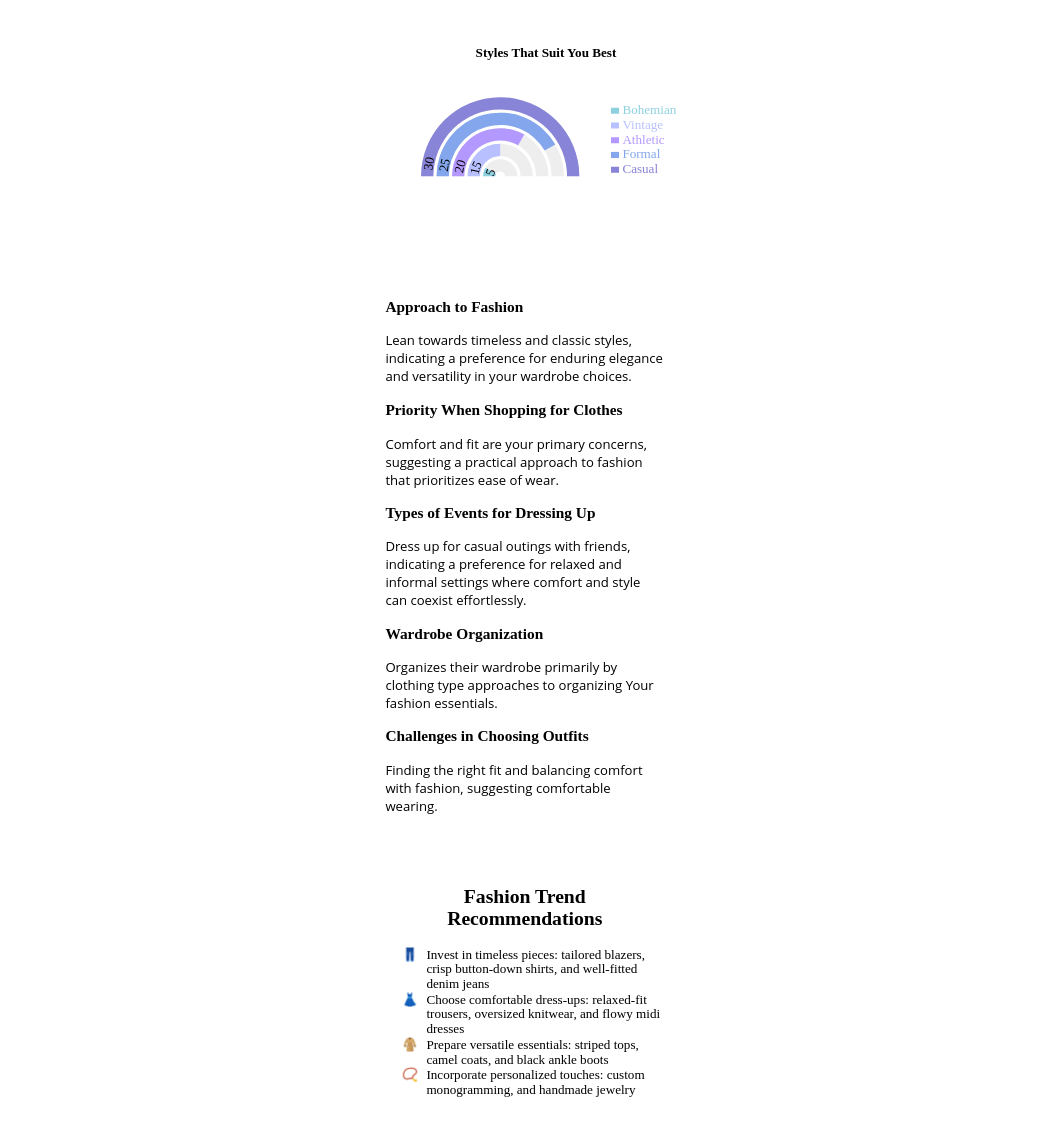
Repository: navnneett/clotho
Page: /QuizQuestions/Chart
These files come from the project's save history. The page is drawn as it stood at one moment and after the next save; the edit follows.
The browser window is 1280 px wide. The pictures show the whole page, at 82% of full size.
The project was rebuilt for these pictures with package versions that can differ from the ones it lists, and the page was loaded fresh each time. The framework's server and built-in components were replaced by stand-ins that run in the browser. Also part of the build but not shown: next.config.js, next.config.mjs, components/Button/Button.module.css, components/Button/index.js.

Above is the page before, as saved 2024-04-15 15:28:29.

### pages/QuizQuestions/Chart.js
import styles from "../../styles/Chart.module.css";
import React, { useEffect, useState } from "react";
import { RadialBarChart, RadialBar, Legend, Tooltip, Label, ResponsiveContainer } from "recharts";
import Button from "@/components/Button";
import Link from "next/link";


export default function Chart({ resultType }) {
    console.log("Received resultType:", resultType);
    const [isClient, setIsClient] = useState(false);

    useEffect(() => {
        setIsClient(true);
        console.log("useEffect triggered with resultType:", resultType);
    }, [resultType]);

    const dataA = [
        { name: "Bohemian", Percentage: 5, pv: 5, fill: "var(--chart-color-cyan)" },
        { name: "Vintage", Percentage: 15, pv: 15, fill: "var(--chart-color-light-purple)" },
        { name: "Athletic", Percentage: 20, pv: 20, fill: "var(--chart-color-bright-purple)" },
        { name: "Formal", Percentage: 25, pv: 25, fill: "var(--chart-color-blue)" },
        { name: "Casual", Percentage: 30, pv: 30, fill: "var(--chart-color-purple)" }
    ];

    const dataB = [
        { name: "Alternative", Percentage: 10, pv: 10, fill: "var(--chart-color-cyan)" },
        { name: "Gothic", Percentage: 20, pv: 20, fill: "var(--chart-color-light-purple)" },
        { name: "Seasonal", Percentage: 25, pv: 25, fill: "var(--chart-color-bright-purple)" },
        { name: "Trend Setter", Percentage: 30, pv: 30, fill: "var(--chart-color-blue)" },
        { name: "Electric", Percentage: 15, pv: 15, fill: "var(--chart-color-purple)" }
    ];

    const dataC = [
        { name: "Bobo-Chic", Percentage: 5, pv: 5, fill: "var(--chart-color-cyan)" },
        { name: "Romantic", Percentage: 15, pv: 15, fill: "var(--chart-color-light-purple)" },
        { name: "Minimalist", Percentage: 20, pv: 20, fill: "var(--chart-color-bright-purple)" },
        { name: "Athletic", Percentage: 25, pv: 25, fill: "var(--chart-color-blue)" },
        { name: "Pratical", Percentage: 30, pv: 30, fill: "var(--chart-color-purple)" }
    ];

    const dataD = [
        { name: "Edgy", Percentage: 10, pv: 10, fill: "var(--chart-color-cyan)" },
        { name: "Retro", Percentage: 20, pv: 20, fill: "var(--chart-color-light-purple)" },
        { name: "Comfortable", Percentage: 25, pv: 25, fill: "var(--chart-color-bright-purple)" },
        { name: "Elegant", Percentage: 30, pv: 30, fill: "var(--chart-color-blue)" },
        { name: "Chic", Percentage: 15, pv: 15, fill: "var(--chart-color-purple)" }
    ];


    let dataToShow;
    switch (resultType) {
        case "A":
            console.log("Setting dataToShow to dataA");
            dataToShow = dataA;
            break;
        case "B":
            console.log("Setting dataToShow to dataB");
            dataToShow = dataB;
            break;
        case "C":
            console.log("Setting dataToShow to dataC");
            dataToShow = dataC;
            break;
        case "D":
            console.log("Setting dataToShow to dataD");
            dataToShow = dataD;
            break;
        default:
            console.log("Setting dataToShow to default dataA");
            dataToShow = dataA;
            break;
    }

    return (
        <div className={styles.mainContainer}>
            <div className={styles.contentContainer}>
                <div className={styles.questionAnalysis}>
                    <div className={styles.chart}>
                        <h4 className={styles.chartTitle}>Styles That Suit You Best</h4>
                        {isClient &&
                        <ResponsiveContainer width={400} height={300}>
                            <RadialBarChart
                                innerRadius="10%"
                                outerRadius="80%"
                                data={dataToShow}
                                startAngle={180}
                                endAngle={0}
                                cx={140}
                                cy={170}
                            >
                                <RadialBar minAngle={15} label={{ fill: 'var(--button-linear-light)', position: 'insideStart' }} background clockWise={true} dataKey='Percentage' />
                                <Legend iconSize={10} width={120} height={140} layout='vertical' verticalAlign='middle' align="right"/>
                                <Tooltip/>
                            </RadialBarChart>
                            </ResponsiveContainer>}
                    </div>
                    <div className={styles.mainContents}>
                        <h3 className={styles.analysisTitle}>Approach to Fashion</h3>
                        <p>Lean towards timeless and classic styles, indicating a preference for enduring elegance and versatility in your wardrobe choices.</p>
                        <h3 className={styles.analysisTitle}>Priority When Shopping for Clothes</h3>
                        <p>Comfort and fit are your primary concerns, suggesting a practical approach to fashion that prioritizes ease of wear.</p>
                        <h3 className={styles.analysisTitle}>Types of Events for Dressing Up</h3>
                        <p>Dress up for casual outings with friends, indicating a preference for relaxed and informal settings where comfort and style can coexist effortlessly.</p>
                        <h3 className={styles.analysisTitle}>Wardrobe Organization</h3>
                        <p>Organizes their wardrobe primarily by clothing type approaches to organizing Your fashion essentials.</p>
                        <h3 className={styles.analysisTitle}>Challenges in Choosing Outfits</h3>
                        <p>Finding the right fit and balancing comfort with fashion, suggesting comfortable wearing.</p>
                    </div>
                </div>
                <div className={styles.questionAnalysis}>
                    <h2 className={styles.subTitle} id="space">Fashion Trend Recommendations</h2>
                    <ul>
                        <li className={styles.jean}>Invest in timeless pieces: tailored blazers, crisp button-down shirts, and well-fitted denim jeans</li>
                        <li className={styles.dress}>Choose comfortable dress-ups: relaxed-fit trousers, oversized knitwear, and flowy midi dresses</li>
                        <li className={styles.tShirt}>Prepare versatile essentials: striped tops, camel coats, and black ankle boots</li>
                        <li className={styles.shoes}>Incorporate personalized touches: custom monogramming, and handmade jewelry</li>
                    </ul>
                </div>
            </div>


        </div>
    );
}

### styles/globals.css
:root {

    --transparency: rgba(0, 0, 0, 0);
    --gray: rgb(119, 119, 119);
    --red: rgb(201, 8, 8);

    --large: 21px;
    --medium: 18px;
    --small: 16px;
    --logo: 25px;

    --button-linear-light: 45deg, rgba(221, 184, 255, 0.8), rgba(214, 239, 255, 0.8);
    --button-outline-light: 2px solid #B8C0FF;
    --inventory-card-outline: 4px solid #B8C0FF;
    --button-highlight-light: #8229E0;
    --black: black;
    --white: white;
    --light-gray: #B3B3B3;

    --chart-color-purple: #8884d8;
    --chart-color-blue: #83a6ed;
    --chart-color-cyan: #8dd1e1;
    --chart-color-bright-purple: #b399ff;
    --chart-color-light-purple: #b8c0ff;

    --inventory-bgColor: #FBFBFB;



    /* Text styles */
    --open-sans-text: 'Open Sans', sans-serif;
    --open-sans-weight: 500;
    --open-sans-size: 1.7rem;
    --open-sans-small: 1rem;
    --open-sans-medium: 1.2rem;

    --roboto-slab-text: 'Roboto Slab', serif;
    --roboto-slab-weight: 600;
    --roboto-slab-weight-small: 300;
    --roboto-slab-size: 3rem;
    --roboto-slab-small: 2rem;
}


html,
body {
    padding: 0;
    width: 430px;
    height: 923px;
    margin: 0 auto 0 auto;
}

### styles/Chart.module.css
.questionAnalysis {
    padding: 25px;
}

.title {
    font-family: var(--roboto-slab-text);
    font-weight: var(--roboto-slab-weight);
    color: var(--black);
    padding: 40px 10px;
    margin: 30px 20px;
    text-align: center;
}

.subTitle {
    font-family: var(--roboto-slab-text);
    text-align: center;
}

.analysisTitle {
    font-family: var(--roboto-slab-text);
}

.questionAnalysis p {
    font-family: var(--open-sans-text);
}

.jean {
    list-style-type: '👖';
    padding-left: 10px;
}

.dress {
    list-style-type: '👗';
    padding-left: 10px;
}

.tShirt {
    list-style-type: '🧥';
    padding-left: 10px;
}

.shoes {
    list-style-type: '📿';
    padding-left: 10px;
}

.buttonPosition {
    position: relative;
    margin: auto;
    align-items: center;
    left: 180px;
}

.contentContainer {
    align-items: center;
}

.mainContainer {
    padding: 20px;
}

.chart,.chartTitle {
    position: relative;
    display: flex;
    flex-direction: column;
    margin-left: auto;
    margin-right: auto;
}

.chartTitle {
    position: absolute;
    top: -10px;
    left: 110px;
}

Loaded but not shown: pages/_app.js (common file); pages/_document.js (common file)

After the next save:
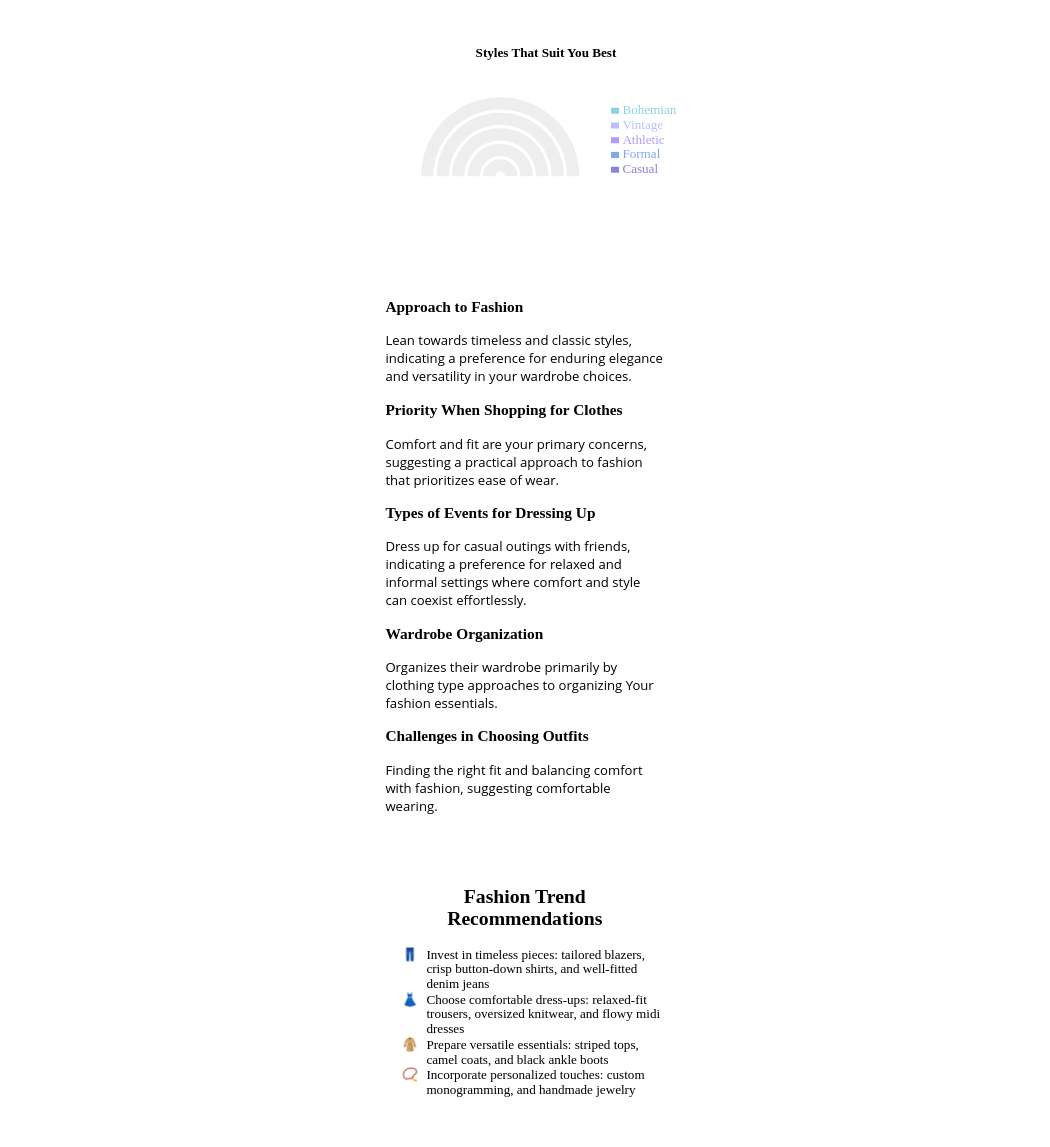
Saved 12 s later.
--- a/pages/QuizQuestions/Chart.js
+++ b/pages/QuizQuestions/Chart.js
@@ -88,7 +88,7 @@
                                 cx={140}
                                 cy={170}
                             >
-                                <RadialBar minAngle={15} label={{ fill: 'var(--button-linear-light)', position: 'insideStart' }} background clockWise={true} dataKey='Percentage' />
+                                <RadialBar minAngle={15} label={{ fill: 'var(--button-linear-light)', position: 'insideStart' }} background clockWise={true} dataKey='Percentage %:' />
                                 <Legend iconSize={10} width={120} height={140} layout='vertical' verticalAlign='middle' align="right"/>
                                 <Tooltip/>
                             </RadialBarChart>

After the save that followed:
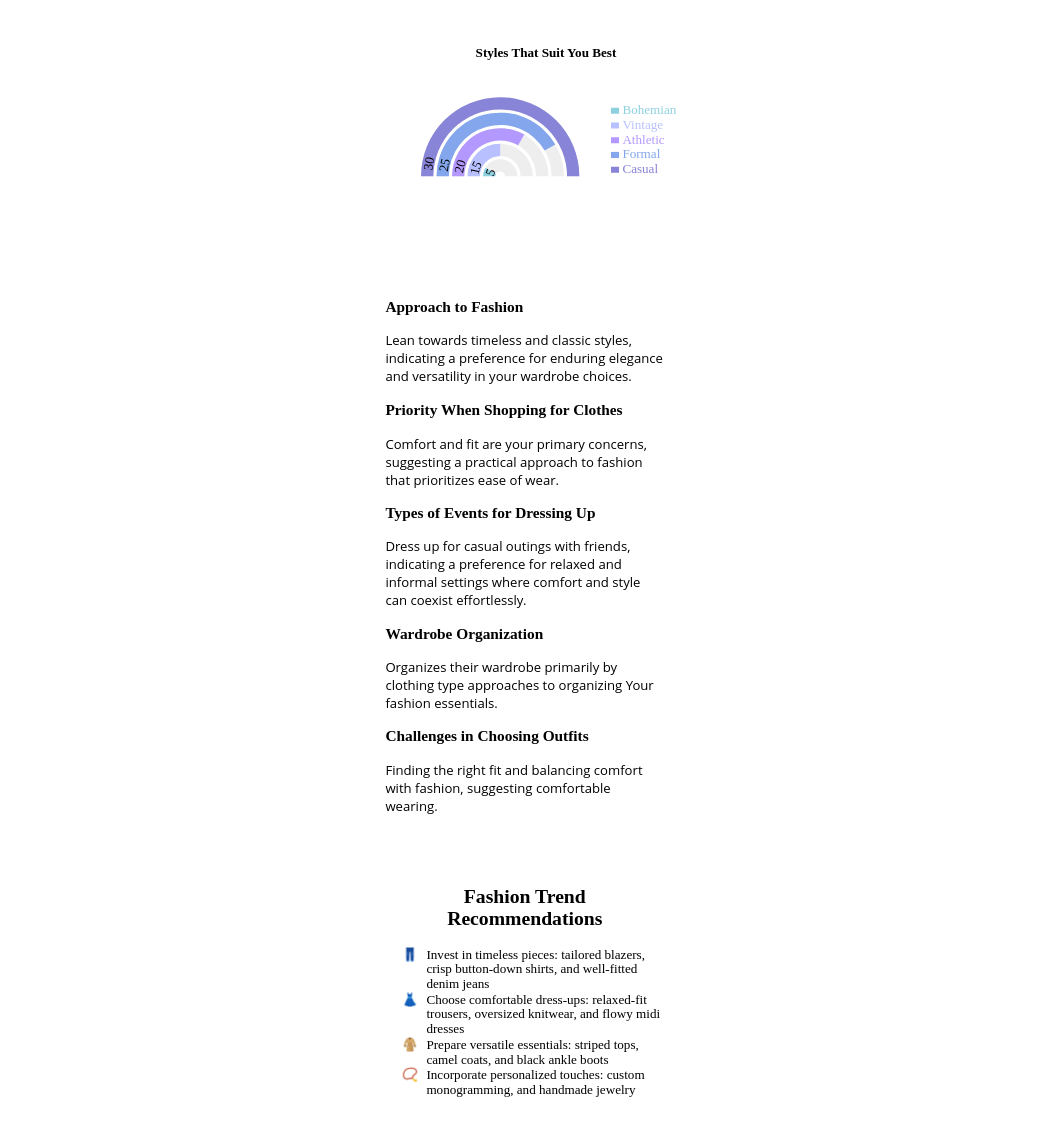
Saved 11 s later.
--- a/pages/QuizQuestions/Chart.js
+++ b/pages/QuizQuestions/Chart.js
@@ -88,7 +88,7 @@
                                 cx={140}
                                 cy={170}
                             >
-                                <RadialBar minAngle={15} label={{ fill: 'var(--button-linear-light)', position: 'insideStart' }} background clockWise={true} dataKey='Percentage %:' />
+                                <RadialBar minAngle={15} label={{ fill: 'var(--button-linear-light)', position: 'insideStart' }} background clockWise={true} dataKey='Percentage' />
                                 <Legend iconSize={10} width={120} height={140} layout='vertical' verticalAlign='middle' align="right"/>
                                 <Tooltip/>
                             </RadialBarChart>
